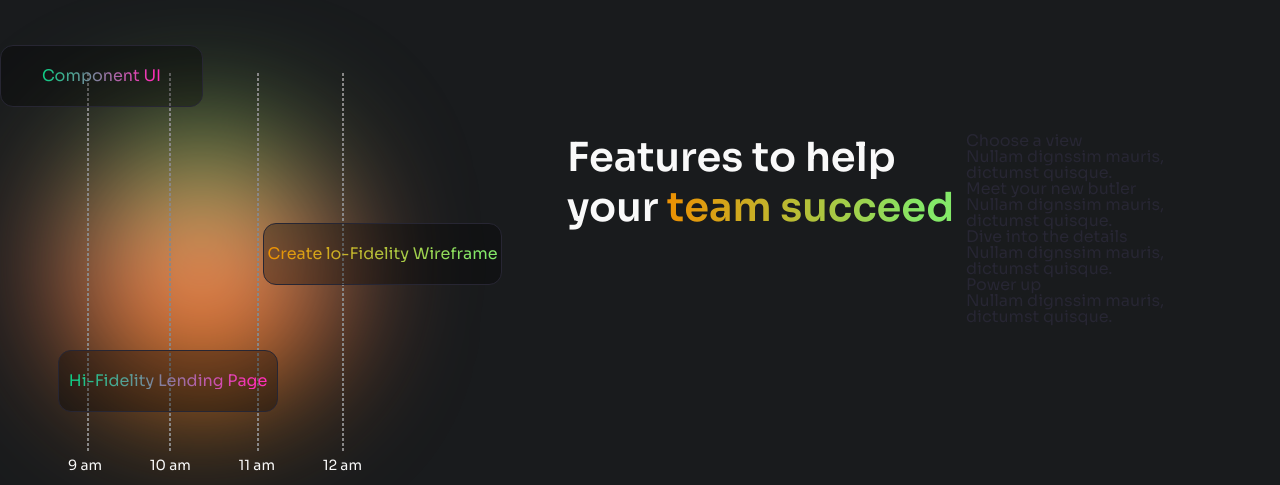
Repository: anhthiethumg/Task_Managerment_Website
Page: index.html
An editor plug-in stored every save of this project. The page is shown before and after the next save, followed by the edit.
The browser window is 1280 px wide. The pictures show the part of the page from y = 2400 to 2885 px (the page is 2885 px tall).
A picture or video elsewhere on the page could not be fetched, so the positions and the page height are approximate.

Above is the page before, as saved 2023-07-31 09:06:58.

After the next save:
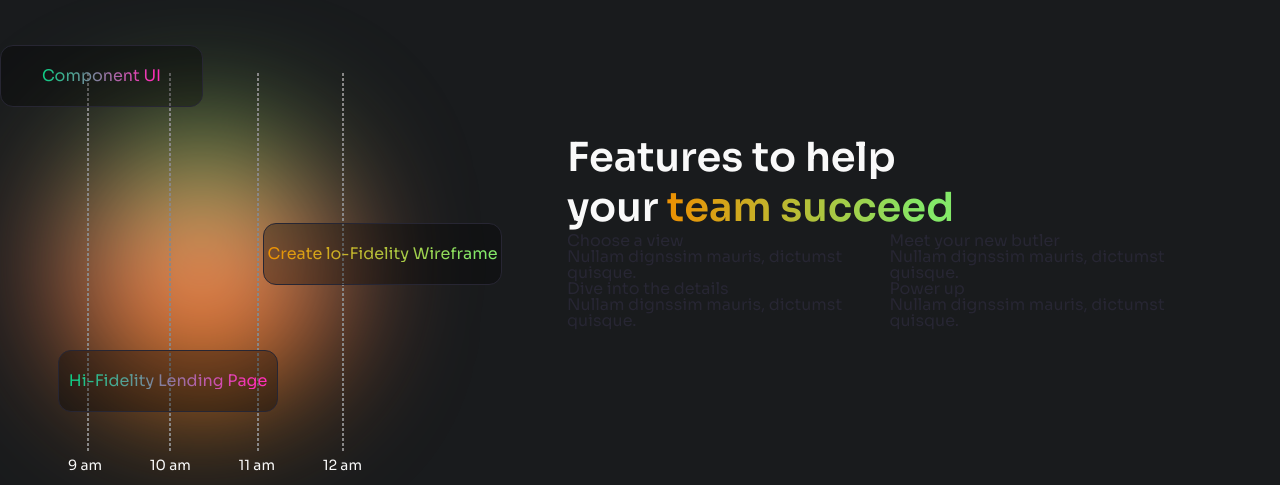
Saved 23 s later.
--- a/assets/css/styles.css
+++ b/assets/css/styles.css
@@ -705,7 +705,7 @@ a {
   line-height: 1.25;
 }
 
-.feature__content {
+.feature__list {
   display: grid;
   grid-template-columns: 1fr 1fr;
 }
